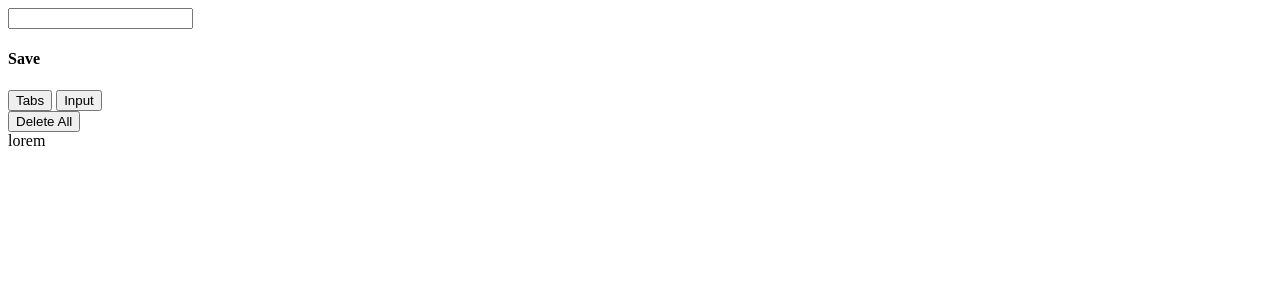
Repository: IdowuMicheal-1/Text-Tab-Organizer
Page: popup.html
These files come from the project's save history. The page is drawn as it stood at one moment and after a run of saves; the edit follows.
The browser window is 1280 px wide. The pictures show the whole page.

Above is the page before, as saved 2025-05-14 09:35:50.

### popup.html
<!DOCTYPE html>
<html lang="en">
  <head>
    <meta charset="UTF-8" />
    <meta name="viewport" content="width=device-width, initial-scale=1.0" />
    <link rel="stylesheet" href="./popup.css" />
    <title>Tabs</title>
  </head>
  <body>
    <div>
        <input type="text">
        <div>
            <div>
                <h4>Save</h4>
            <button>Tabs</button>
            <button>Input</button>
        </div>
            <button>Delete All</button>
        </div>
        <div>
            <lorem>lorem</lorem>
        </div>
    </div>
    <script src="./popup.js"></script>
  </body>
</html>

Loaded but not shown: popup.css (no copy from this time; the picture is the same without it); popup.js (no copy from this time; the picture is the same without it)

After the next 2 saves:
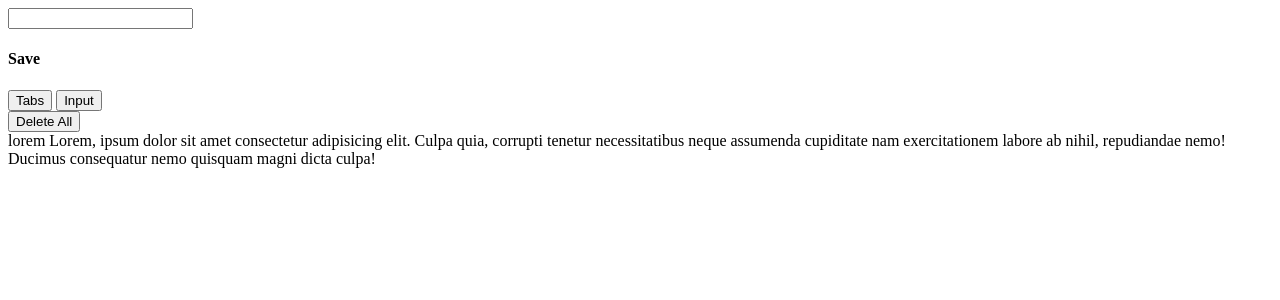
The 2 saves are shown as one change because they came seconds apart.
The last was saved 6 s later.
--- a/popup.html
+++ b/popup.html
@@ -19,6 +19,7 @@
         </div>
         <div>
             <lorem>lorem</lorem>
+            Lorem, ipsum dolor sit amet consectetur adipisicing elit. Culpa quia, corrupti tenetur necessitatibus neque assumenda cupiditate nam exercitationem labore ab nihil, repudiandae nemo! Ducimus consequatur nemo quisquam magni dicta culpa!
         </div>
     </div>
     <script src="./popup.js"></script>
